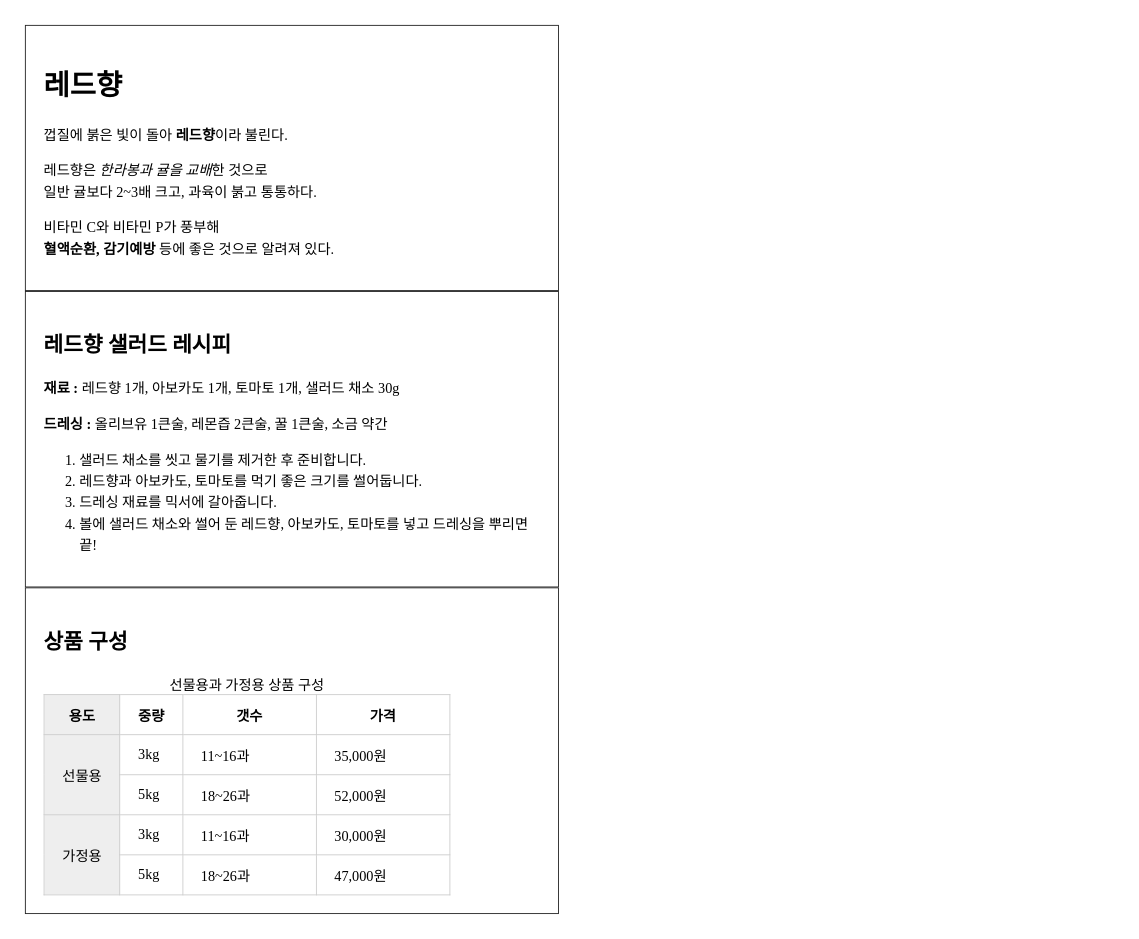
Repository: topyoungil/CodeMemories-ByJake
Page: HTML_CSS/WebContent/test/1003_css/product-result.html
An editor plug-in stored every save of this project. The page is shown before and after the next save, followed by the edit.
The browser window is 1280 px wide. The pictures show the whole page, at 89% of full size.

Above is the page before, as saved 2022-10-03 05:50:44.

### HTML_CSS/WebContent/test/1003_css/product-result.html
<!DOCTYPE html>
<html>
<head>
<meta charset="UTF-8">
<title>Insert title here</title>
<style>
	table, th, td {
		border: 1px solid #ccc;
		border-collapse: collapse;
	}

	th, td {
		padding: 10px 20px;
	}

	div {
		border: 1px solid #222;
		padding: 20px
	}

	#container {
		width: 600px;
		border: none;
	}
</style>
</head>
<body>
<div id="container">
    <div id="description">
      <h1>레드향</h1>
      <p>껍질에 붉은 빛이 돌아 <b>레드향</b>이라 불린다.</p>
      <p>레드향은 <em>한라봉과 귤을 교배</em>한 것으로<br>일반 귤보다 2~3배 크고, 과육이 붉고 통통하다.</p>
      <p>비타민 C와 비타민 P가 풍부해<br> <strong>혈액순환, 감기예방</strong> 등에 좋은 것으로 알려져 있다.</p>
    </div>
    <div id="receipe">
      <h2>레드향 샐러드 레시피</h2>
      <p><b>재료 : </b>레드향 1개, 아보카도 1개, 토마토 1개, 샐러드 채소 30g</p>
      <p><b>드레싱 : </b>올리브유 1큰술, 레몬즙 2큰술, 꿀 1큰술, 소금 약간</p>
      <ol>
        <li>샐러드 채소를 씻고 물기를 제거한 후 준비합니다.</li>
        <li>레드향과 아보카도, 토마토를 먹기 좋은 크기를 썰어둡니다.</li>
        <li>드레싱 재료를 믹서에 갈아줍니다.</li>
        <li>볼에 샐러드 채소와 썰어 둔 레드향, 아보카도, 토마토를 넣고 드레싱을 뿌리면 끝!</li>
      </ol>
    </div>
    <div id="package">
      <h2>상품 구성</h2>
      <table>
        <caption>선물용과 가정용 상품 구성</caption>
        <colgroup>
          <col style="background-color:#eee;">
          <col>
          <col span="2" style="width:150px">
        </colgroup>
        <thead>
          <tr>
            <th>용도</th>
            <th>중량</th>
            <th>갯수</t>
            <th>가격</th>
          </tr>
        </thead>
        <tbody>
          <tr>
            <td rowspan="2">선물용</td>
            <td>3kg</td>
            <td>11~16과</td>
            <td>35,000원</td>
          </tr>
          <tr>
            <td>5kg</td>
            <td>18~26과</td>
            <td>52,000원</td>
          </tr>
          <tr>
            <td rowspan="2">가정용</td>
            <td>3kg</td>
            <td>11~16과</td>
            <td>30,000원</td>
          </tr>
          <tr>
            <td>5kg</td>
            <td>18~26과</td>
            <td>47,000원</td>
          </tr>
        </tbody>
      </table>
    </div>
    </div>
</body>
</html>

After the next save:
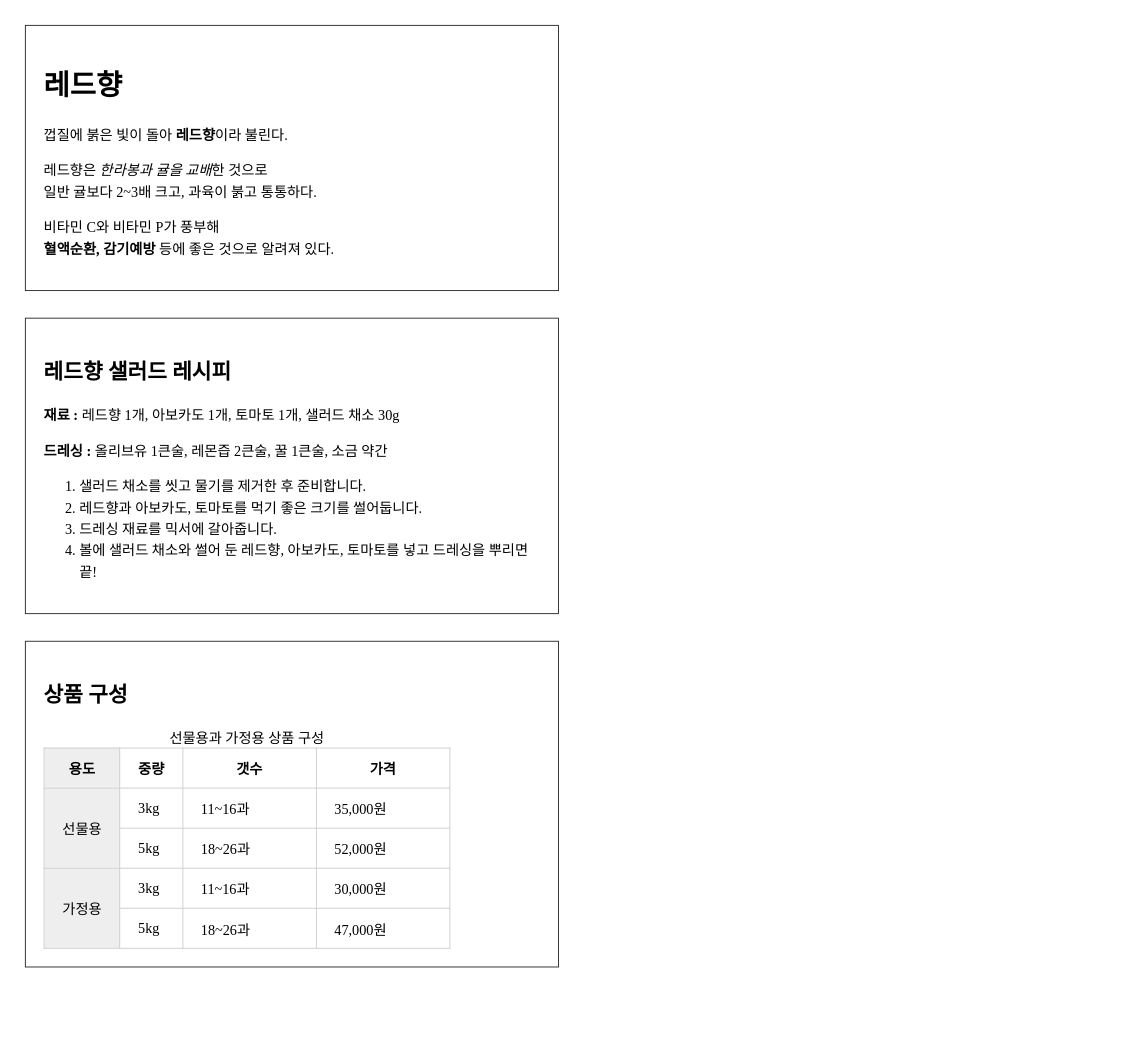
Saved 14 s later.
--- a/HTML_CSS/WebContent/test/1003_css/product-result.html
+++ b/HTML_CSS/WebContent/test/1003_css/product-result.html
@@ -15,7 +15,8 @@
 
 	div {
 		border: 1px solid #222;
-		padding: 20px
+		padding: 20px;
+		margin-bottom: 30px;
 	}
 
 	#container {
